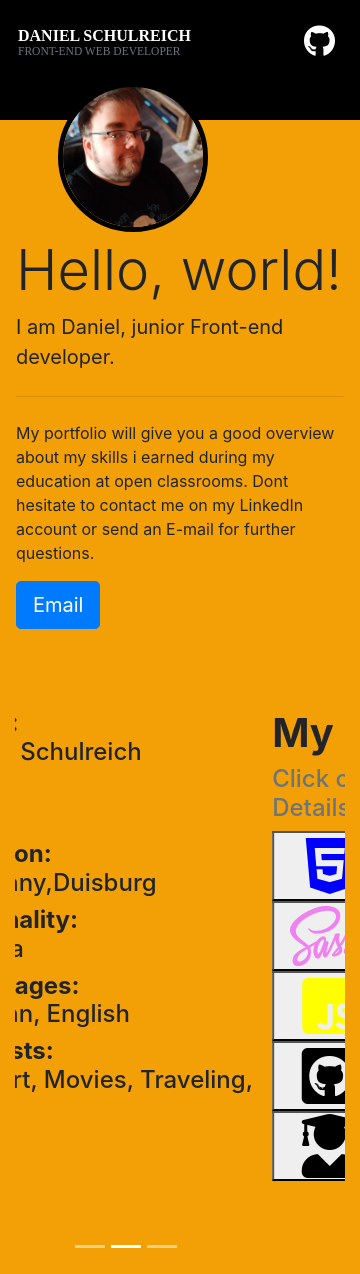
Repository: schulreich/my_portfolio
Page: index.html
These files come from the project's save history. The page is drawn as it stood at one moment and after the next save; the edit follows.
The browser window is 360 px wide. The pictures show the whole page.
Some web fonts or font styles are not loaded; a fallback is used. Some web libraries are served in a nearby version.

Above is the page before, as saved 2020-06-21 22:19:16.

### index.html
<!DOCTYPE html>
<html lang="en">
<head>
    <meta charset="UTF-8">
    <meta name="viewport" content="width=device-width, initial-scale=1.0">
    <meta http-equiv="X-UA-Compatible" content="ie=edge">
    <link rel="stylesheet" href="https://stackpath.bootstrapcdn.com/bootstrap/4.1.3/css/bootstrap.min.css" integrity="sha384-MCw98/SFnGE8fJT3GXwEOngsV7Zt27NXFoaoApmYm81iuXoPkFOJwJ8ERdknLPMO" crossorigin="anonymous">
    <link rel="stylesheet" href="css/main.css">
    <link rel="stylesheet" href="https://use.fontawesome.com/releases/v5.5.0/css/all.css" integrity="sha384-B4dIYHKNBt8Bc12p+WXckhzcICo0wtJAoU8YZTY5qE0Id1GSseTk6S+L3BlXeVIU" crossorigin="anonymous">

    <title>Document</title>
</head>
<body>
    <header>
        <div class="row">
            <div class="name">DANIEL SCHULREICH</div>
            <div class="title text-muted"><small>FRONT-END WEB DEVELOPER</small></div>
            <a class="btn btn-primary btn-sm follow d-none d-lg-block" href="https://www.linkedin.com/in/daniel-schulreich-a5347617b/" target="_blank" role="button"><i class="fab fa-linkedin "></i><i class="fas fa-arrow-left arrow-left text-primary"></i><small>Follow @schulreich</small></a>

            <div class="nav">
                    <ul>
                        <li class="github"><i class="fab fa-github fa-2x nav-icon"></i><a href="https://github.com/schulreich" target="_blank">GitHub</a>
                        </li>
                    </ul>
                </div>


        </div>
    </header>

    <section class="project-modal">

    <div class="modal fade bd-example-modal-lg" tabindex="-1" role="dialog" aria-labelledby="myLargeModalLabel" aria-hidden="true">
            <div class="modal-dialog modal-lg">
              <div class="modal-content">
                <div class="modal-header">
                  <h5 class="modal-title" id="exampleModalLabel"><strong>JavaScript Boardgame</strong></h5>
                  <button type="button" class="close" data-dismiss="modal" aria-label="Close">
                    <span aria-hidden="true">&times;</span>
                  </button>
                </div>
                <div class="modal-body modal-align">
                    <img class="modal-img" src="images/boardgame.png" alt="">
                </div>
                <div class="modal-footer">
                  <a href="https://schulreich.github.io/JavaScript_boardgame/" target="_blank" class="btn btn-primary btn-lg active" role="button" aria-pressed="true">Demo</a>
                  <button type="button" class="btn btn-secondary" data-dismiss="modal">Close</button>
                </div>
              </div>
            </div>
          </div>

          <div class="modal fade bd-cards-example-modal-lg" tabindex="-1" role="dialog" aria-labelledby="myLargeModalLabel" aria-hidden="true">
                <div class="modal-dialog modal-lg">
                  <div class="modal-content">
                    <div class="modal-header">
                      <h5 class="modal-title" id="exampleModalLabel"><strong>Bootstrap Moviefestival website</strong></h5>
                      <button type="button" class="close" data-dismiss="modal" aria-label="Close">
                        <span aria-hidden="true">&times;</span>
                      </button>
                    </div>
                    <div class="modal-body modal-align">
                        <img class="modal-img" src="images/moviefestival.png" alt="">
                    </div>
                    <div class="modal-footer">
                      <a href="https://schulreich.github.io/project-movie-festival/" target="_blank" class="btn btn-primary btn-lg active" role="button" aria-pressed="true">Watch</a>
                      <button type="button" class="btn btn-secondary" data-dismiss="modal">Close</button>
                    </div>
                  </div>
                </div>
              </div>


              <div class="modal fade bd-grid-example-modal-lg" tabindex="-1" role="dialog" aria-labelledby="myLargeModalLabel" aria-hidden="true">
                    <div class="modal-dialog modal-lg">
                      <div class="modal-content">
                        <div class="modal-header">
                          <h5 class="modal-title" id="exampleModalLabel"><strong>React Restaurant review website</strong></h5>
                          <button type="button" class="close" data-dismiss="modal" aria-label="Close">
                            <span aria-hidden="true">&times;</span>
                          </button>
                        </div>
                        <div class="modal-body modal-align">
                            <img class="modal-img" src="images/restaurantreview.png" alt="">
                        </div>
                        <div class="modal-footer">
                          <a href="https://schulreich.github.io/project_7/" target="_blank" class="btn btn-primary btn-lg active" role="button" aria-pressed="true">Demo</a>
                          <button type="button" class="btn btn-secondary" data-dismiss="modal">Close</button>
                        </div>
                      </div>
                    </div>
                  </div>


          <div class="modal fade bd-register-example-modal-lg" tabindex="-1" role="dialog" aria-labelledby="myLargeModalLabel" aria-hidden="true">
                <div class="modal-dialog modal-lg">
                  <div class="modal-content">
                    <div class="modal-header">
                      <h5 class="modal-title" id="exampleModalLabel"><strong>WordPress</strong></h5>
                      <button type="button" class="close" data-dismiss="modal" aria-label="Close">
                        <span aria-hidden="true">&times;</span>
                      </button>
                    </div>
                    <div class="modal-body modal-align">
                        <img class="modal-img" src="images/WordPress.png" alt="">
                    </div>
                    <div class="modal-footer">
                      <a href="http://dev-lifestylechaletsandcaviar.pantheonsite.io/" target="_blank" class="btn btn-primary btn-lg active" role="button" aria-pressed="true">Watch</a>
                      <button type="button" class="btn btn-secondary" data-dismiss="modal">Close</button>
                    </div>
                  </div>
                </div>
              </div>

    </section>

    <section class="skill-modal">

    <section class="container-fluid intro-section">

        <div class="row">
             <div class="intro col-lg-4 col-md-5 jumbotron">
                <h1 class="display-4">Hello, world!</h1>
                     <p class="lead"><b>I am Daniel, junior Front-end developer.</b></p>
                <hr class="my-4">
                     <p>My portfolio will give you a good overview about my skills i earned during my education at open classrooms. Dont hesitate to contact me on my LinkedIn account or send an E-mail for further questions.</p>
                            <a class="btn btn-primary btn-lg" href="mailto:schulreich_daniel@peppinet.de" target="_blank" role="button">Email</a>
          </div>


          <div class="col-lg-4 d-lg-block move">
              <img class="skew" src="https://dummyimage.com/200x753/000/000" alt="">
              <img class="rounded-circle " src="images/profile_img.jfif" alt="">
          </div>

<aside id="carouselExampleIndicators" class="col-lg-4 personal-information carousel slide" data-ride="carousel">
        <ol class="carousel-indicators">
                <li data-target="#carouselExampleIndicators" data-slide-to="0" class="active"></li>
                <li data-target="#carouselExampleIndicators" data-slide-to="1"></li>
                <li data-target="#carouselExampleIndicators" data-slide-to="2"></li>
              </ol>
    <div class="carousel-inner">
        <div class="carousel-item active">
              <h4><strong>Name:</strong> <br> Daniel Schulreich</h4>
              <h4><strong>Age:</strong> <br> 33</h4>
              <h4><strong>Location:</strong> <br> Germany,Duisburg</h4>
              <h4><strong>Nationality:</strong> <br> Austria</h4>
              <h4><strong>Languages:</strong> <br> German, English</h4>
              <h4><strong>Interests:</strong> <br> E-Sport, Movies, Traveling, Music</h4>
        </div>
        <div class="carousel-item">
            <aside class="skills"> <!-- text-center -->
              <h1><strong>My Skills</strong></h1>
              <h4 class="text-muted">Click on Icons for more Details</h4>
              <div class="y">
                <!--  justify-content-center -->
                <div class="row">

                  <div class="col-lg-4 col-6"><a href="https://openclassrooms.com/en/course-certificates/8254547573" target="_blank" class="active" role="button" aria-pressed="true"><button class="skill-button"><i class="fab fa-html5 fa-4x" ></i></a></div>
                  <div class="col-lg-4 col-6"><a href="https://openclassrooms.com/en/course-certificates/2811490125" target="_blank" class="active" role="button" aria-pressed="true"><button class="skill-button"><i class="fab fa-css3-alt fa-4x"></i></button></a></div>
                </div>
                <div class="row">
                    <div class="col-lg-4 col-6"><a href="https://openclassrooms.com/en/course-certificates/3315606497" target="_blank" class="active" role="button" aria-pressed="true"><button class="skill-button"><i class="fab fa-sass fa-4x"></i></button></a></div>
                    <div class="col-lg-4 col-6"><a href="https://openclassrooms.com/en/course-certificates/8340529448" target="_blank" class="active" role="button" aria-pressed="true"><button class="skill-button"><i class="fab fa-react fa-4x"></i></button></a></div>
                </div>
                <div class="row">
                  <div class="col-lg-4 col-6"><a href="https://openclassrooms.com/en/course-certificates/2140767815" target="_blank" class="active" role="button" aria-pressed="true"><button class="skill-button"><i class="fab fa-js-square fa-4x"></i></button></a></div>
                  <div class="col-lg-4 col-6"><a href="https://openclassrooms.com/en/course-certificates/8343798364" target="_blank" class="active" role="button" aria-pressed="true"><button class="skill-button"><i class="fab fa-wordpress fa-4x"></i></button></a></div>
                </div>
                <div class="row">
                  <div class="col-lg-4 col-6"><a href="https://openclassrooms.com/en/course-certificates/4342386076" target="_blank" class="active" role="button" aria-pressed="true"><button class="skill-button"><i class="fab fa-github-square fa-4x"></i></button></a></div>
                  <!-- Bootstrap icon was not Available-->
                  <div class="col-lg-4 col-6"><a href="https://openclassrooms.com/en/course-certificates/8244891630" target="_blank" class="active" role="button" aria-pressed="true"><button class="skill-button"><i class="fas fa-bold fa-4x"></i></button></a></div>
                </div>
                <div class="row">
                  <div class="col-lg-4 col-6"><a href="https://openclassrooms.com/en/learning-path-certificates/5664741678" target="_blank" class="active" role="button" aria-pressed="true"><button class="skill-button"><i class="fas fa-user-graduate fa-4x"></i></button></a></div>
                </div>
              </div>
            </aside>
        </div>
        <div class="carousel-item">
            <aside class="projects">
                <h1>Projects</h1>
                <h4 class="text-muted">Select Thumbnail</h4>

                <img src="images/boardgame.png" class="img-thumbnail thumbnail" data-toggle="modal" data-target=".bd-example-modal-lg" alt="...">
                <img src="images/moviefestival.png" class="img-thumbnail thumbnail" data-toggle="modal" data-target=".bd-cards-example-modal-lg" alt="..."> <br>
                <img src="images/restaurantreview.png" class="img-thumbnail thumbnail" data-toggle="modal" data-target=".bd-grid-example-modal-lg" alt="...">
                <img src="images/WordPress.png" class="img-thumbnail thumbnail" data-toggle="modal" data-target=".bd-register-example-modal-lg" alt="...">
            </aside>
        </div>
    </div>
</aside>

    </div>

    </section>









    <script src="https://code.jquery.com/jquery-3.3.1.slim.min.js" integrity="sha384-q8i/X+965DzO0rT7abK41JStQIAqVgRVzpbzo5smXKp4YfRvH+8abtTE1Pi6jizo" crossorigin="anonymous"></script>
<script src="https://cdnjs.cloudflare.com/ajax/libs/popper.js/1.14.3/umd/popper.min.js" integrity="sha384-ZMP7rVo3mIykV+2+9J3UJ46jBk0WLaUAdn689aCwoqbBJiSnjAK/l8WvCWPIPm49" crossorigin="anonymous"></script>
<script src="https://stackpath.bootstrapcdn.com/bootstrap/4.1.3/js/bootstrap.min.js" integrity="sha384-ChfqqxuZUCnJSK3+MXmPNIyE6ZbWh2IMqE241rYiqJxyMiZ6OW/JmZQ5stwEULTy" crossorigin="anonymous"></script>
</body>
</html>

### css/main.css
@import url("https://fonts.googleapis.com/css?family=Coda");
@keyframes mymove {
  0% {
    left: 16%;
  }
  100% {
    left: 31%;
  }
}

@media screen and (max-width: 1024px){
  @keyframes mymove{
      0%   {left: 16%;}
      100% {left: 12%;}
  }
}

@media screen and (max-width: 360px){
  @keyframes mymove{
      0%   {left: 0%;}
      100% {left: 16%;}
  }
}

@keyframes myskew {
  0% {
    transform: skew(52deg);
  }
  100% {
    transform: skew(0deg);
  }
}
@keyframes myfade {
  0% {
    opacity: 0;
  }
  25% {
    opacity: 0;
  }
  50% {
    opacity: 0.6;
  }
  75% {
    opacity: 0.8;
  }
  100% {
    opacity: 1;
  }
}
body {
  background-color: #f3a006;
}

header {
  background-color: black;
  height: 120px;
  font-family: "Coda";
}
header .name {
  position: absolute;
  left: 5%;
  top: 3%;
  color: white;
  font-weight: bolder;
}
header .title {
  position: absolute;
  top: 5%;
  left: 5%;
  color: white;
  font-size: 0.9em;
}
header .follow {
  position: absolute;
  left: 260px;
  top: 4%;
  border-radius: 5px;
  padding-top: 0;
  padding-bottom: 0;
  padding-right: 15px;
  padding-left: 3px;
}
header .arrow-left {
  position: absolute;
  left: -10%;
  top: 18%;
}
header .nav-icon {
  color: white;
}
header i {
  padding: 0 10px;
}
header ul {
  list-style-type: none;
}
header .nav ul {
  margin: 0;
  padding: 0;
  position: absolute;
  top: 10px;
  right: 0;
  font-size: 0px;
}
header .nav ul li {
  font-size: 12pt;
  display: inline-block;
  padding: 15px;
  transition: all 0.2s ease-in-out;
}
header .nav ul li a {
  font-family: FontAwesome;
  color: lime;
  font-size: 22pt;
  text-decoration: none;
}
header .nav ul .github.about .code .contact {
  background: black;
}
header .nav ul li i {
  display: block;
}
header .nav ul li a {
  display: none;
}
header .nav ul li:hover i {
  display: none;
}
header .nav ul li:hover a {
  display: block;
}
header .nav a:hover {
  color: lime;
}

.modal-img {
  width: 600px;
}

.modal-align {
  padding-left: 6rem;
}

.modal-header {
  background-color: #f3a006;
}

.modal-body {
  background-color: black;
}

.intro-section {
  background-color: #f3a006;
  /*}
  .rounded-circle:hover{
      left: 25%;
      transition: 2s left;
  }*/
}
.intro-section .intro {
  background-color: #f3a006;
  top: 85px;
}
.intro-section .skew {
  transform: skew(52deg);
  position: absolute;
  height: 157%;
  left: 36%;
  animation: myskew 2s 1 ease;
  animation-fill-mode: forwards;
}
@media screen and (max-width: 1024px){
  .intro-section .skew {
    transform: skew(52deg);
    position: absolute;
    height: 128%;
    left: 26%;
    animation: myskew 2s 1 ease;
    animation-fill-mode: forwards;
  }
}
@media screen and (max-width: 360px){
  .intro-section .skew {
    display: none;
  }
}
.intro-section .rounded-circle {
  position: absolute;
  border: solid 5px black;
  height: 300px;
  width: 300px;
  left: 20%;
  top: 33%;
  animation: mymove 2s 1 ease;
  animation-fill-mode: forwards;
}

@media screen and (max-width: 360px){
  .intro-section .rounded-circle {
    position: absolute;
    border: solid 5px black;
    height: 150px;
    width: 150px;
    left: 25%;
    top: -526px;
  }
}

.intro-section .personal-information {
  position: relative;
  top: 100px;
  animation: myfade 5s 1 ease;
  transition-delay: 3s;
}
.intro-section .carousel-inner {
  height: 565px;
}
.carousel-indicators{
  right: 30%;
}
.intro-section .skill-button {
  width: 115px;
}
.intro-section .fa-html5 {
  color: blue;
}
.intro-section .fa-css3-alt {
  color: pink;
}
.intro-section .fa-sass {
  color: violet;
}
.intro-section .fa-react {
  color: skyblue;
  width: 100px;
}
.intro-section .fa-js-square {
  color: yellow;
  width: 100px;
}
.intro-section .fa-bold{
  color:white;
  background-color: purple;
}
.intro-section .thumbnail {
  width: 200px;
  height: 200px;
}
@media screen and (max-width: 1024px){
  .intro-section .thumbnail {
    width: 200px;
    height: 105px;
  }
}

After the next save:
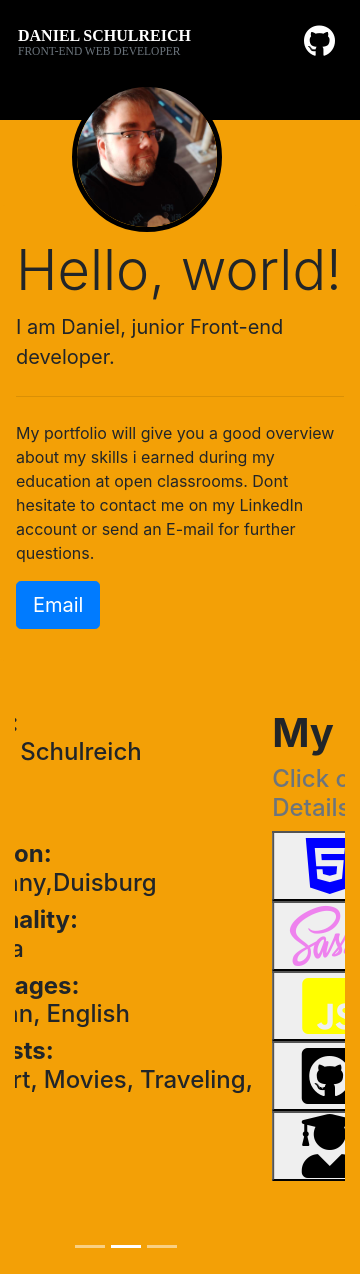
Saved 15 s later.
--- a/css/main.css
+++ b/css/main.css
@@ -18,7 +18,7 @@
 @media screen and (max-width: 360px){
   @keyframes mymove{
       0%   {left: 0%;}
-      100% {left: 16%;}
+      100% {left: 20%;}
   }
 }
 
